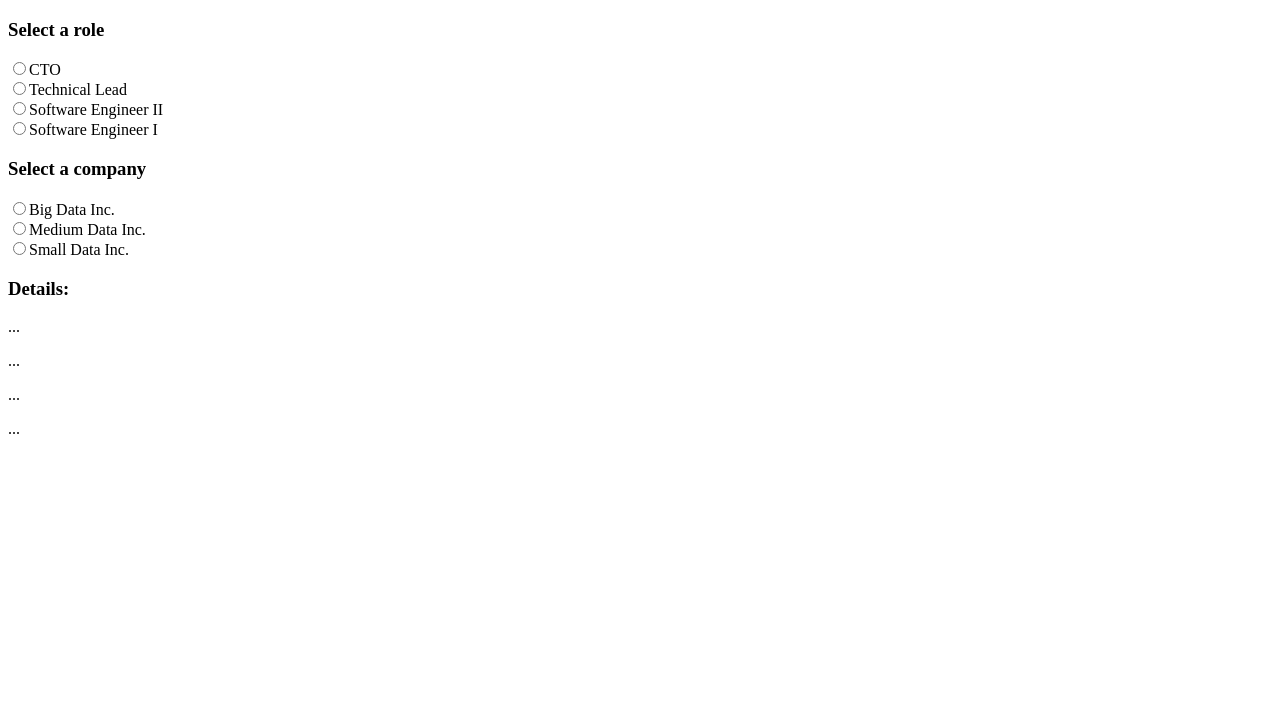
Repository: julihocc/workaround-explorer
Page: index.html
The author's editor kept a copy of each file at every save. The page is drawn from the files as they stood at one save, then again after the next save.
The browser window is 1280 px wide. The pictures show the whole page.

Above is the page before, as saved 2022-10-13 19:17:30.

After the next save:
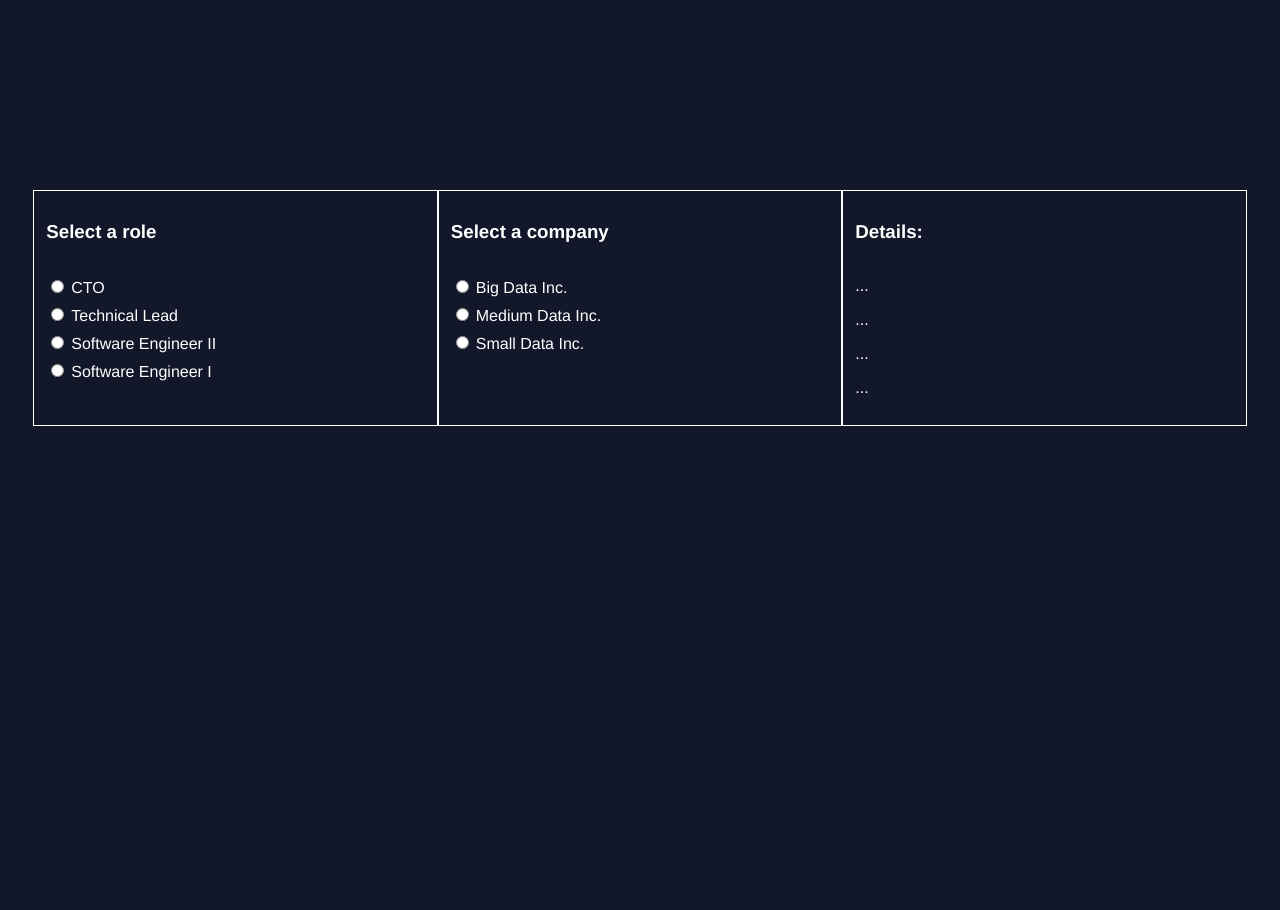
Saved 6 s later.
--- a/index.html
+++ b/index.html
@@ -3,7 +3,7 @@
   <head>
     <meta charset="utf-8" />
     <title>WorkAround</title>
-    <!-- <link rel="stylesheet" type="text/css" href="index.css" /> -->
+    <link rel="stylesheet" type="text/css" href="index.css" />
     <script type="module" src="main.js" defer></script>
   </head>
   <body>
